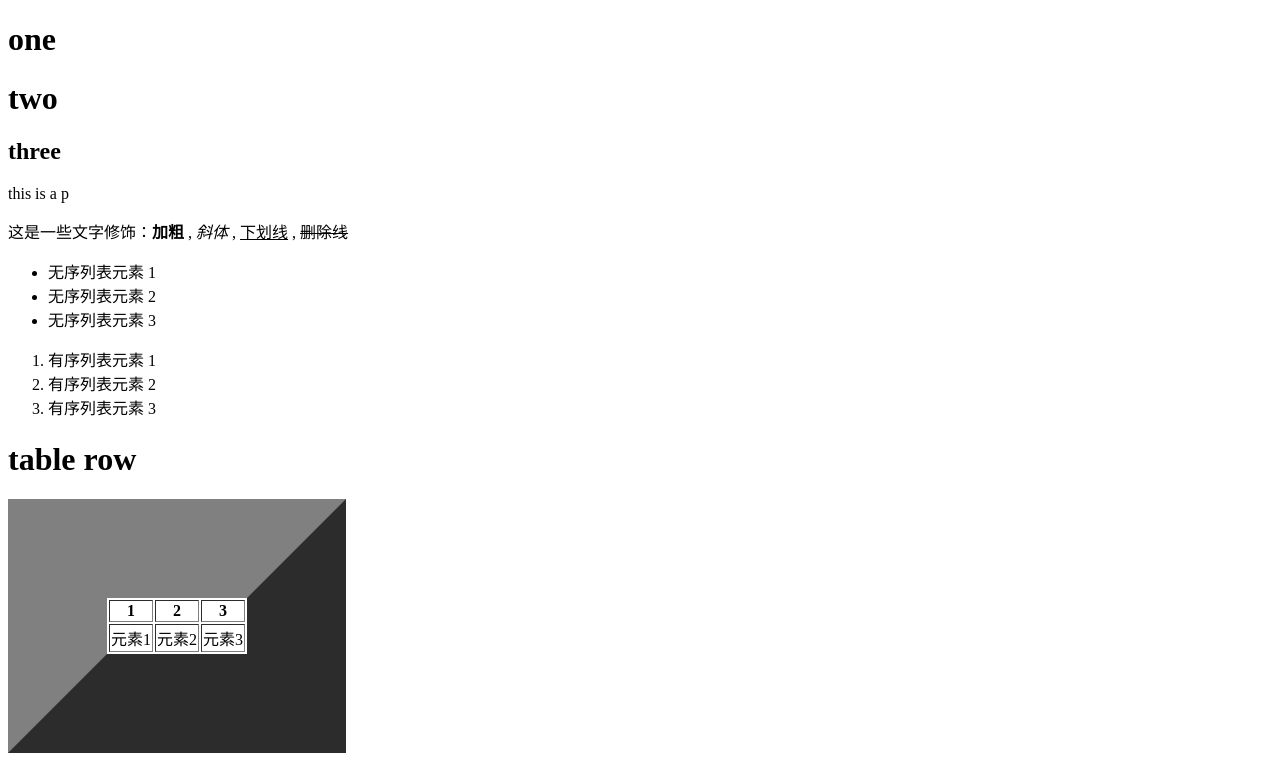
Repository: supercubes/Web
Page: first.html
An editor plug-in stored every save of this project. The page is shown before and after the next save, followed by the edit.
The browser window is 1280 px wide. The pictures show the whole page.

Above is the page before, as saved 2025-03-21 20:20:04.

### first.html
<!DOCTYPE html>
<html lang="en">
<head>
    <meta charset="UTF-8">
    <meta http-equiv="X-UA-Compatible" content="IE=Edge">
    <meta name="viewport" content="width=device-width,initial-scale=1.0">
    <title>document</title>
</head>
<body>
    <h1>one</h1>
    <h1>two</h1>
    <h2>three</h2>
    <p>this is a p </p>
    <p>
        这是一些文字修饰：<b>加粗</b> , <i>斜体</i> , <u>下划线</u> , <s>删除线</s>
    </p>
<ul>
    <li>无序列表元素 1</li>
    <li>无序列表元素 2</li>
    <li>无序列表元素 3</li>
</ul>
<ol>
    <li>有序列表元素 1</li>
    <li>有序列表元素 2</li>
    <li>有序列表元素 3</li>
</ol>
<h1>table row</h1>
<table border="99">
    <tr>
        <th>1</th>
        <th>2</th>
        <th>3</th>
    </tr>
    <tr>
        <td>元素1</td>
        <td>元素2</td>
        <td>元素3</td>
    </tr>
</table>

</body>
</html>

After the next save:
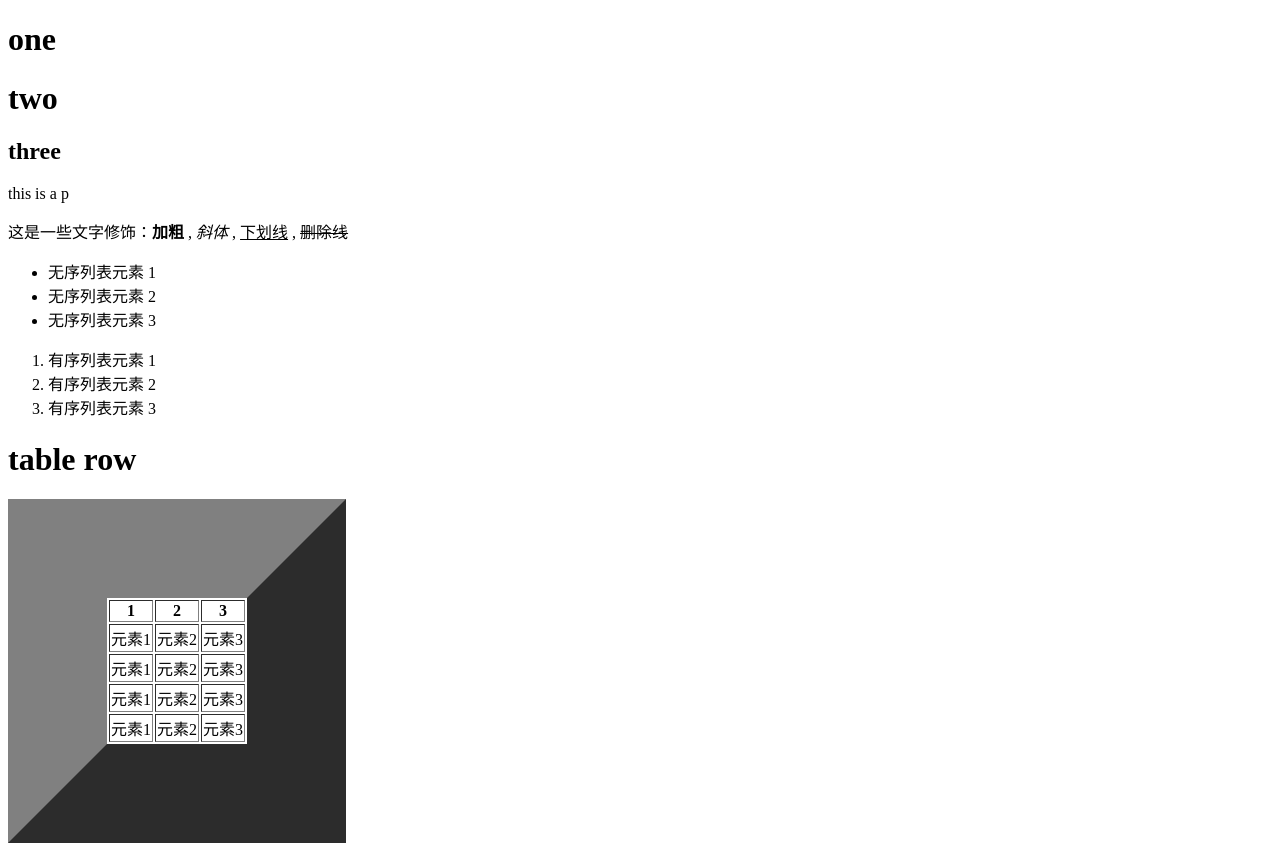
Saved 12 s later.
--- a/first.html
+++ b/first.html
@@ -36,6 +36,21 @@
         <td>元素2</td>
         <td>元素3</td>
     </tr>
+    <tr>
+        <td>元素1</td>
+        <td>元素2</td>
+        <td>元素3</td>
+    </tr>
+    <tr>
+        <td>元素1</td>
+        <td>元素2</td>
+        <td>元素3</td>
+    </tr>
+    <tr>
+        <td>元素1</td>
+        <td>元素2</td>
+        <td>元素3</td>
+    </tr>
 </table>
 
 </body>
